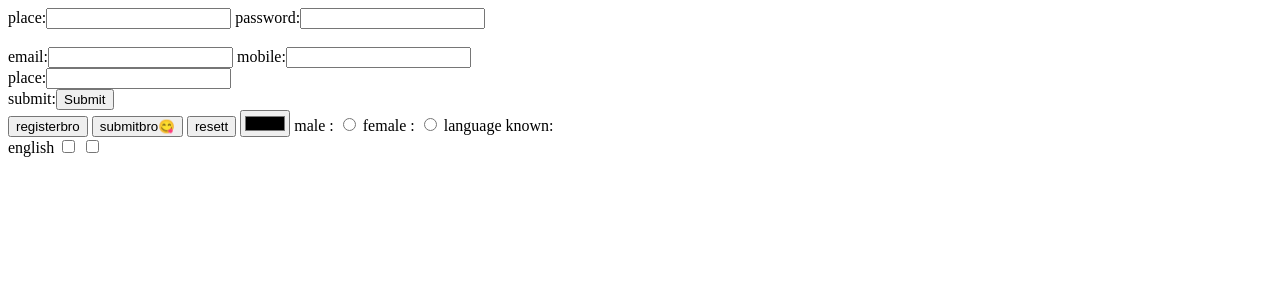
Repository: viveknaidu007/repo-113-HTML
Page: 9.html
An editor plug-in stored every save of this project. The page is shown before and after the next save, followed by the edit.
The browser window is 1280 px wide. The pictures show the whole page.

Above is the page before, as saved 2024-06-14 22:52:52.

### 9.html
<!DOCTYPE html>
<html>
    <head>
        <title> forms demo</title>
    </head>

    <body>
        <form action="response.html">
            place:<input type="text">
            password:<input type="password"> <br> <br>
            email:<input type="email">
            mobile:<input type="tel"> <br>
            place:<input type="number"> <br>
            submit:<input type="submit"> <br>
            <input type="submit" value="registerbro">
            <input type="submit" value="submitbro😋">
            <input type="reset" value="resett">
            <input type="color">
            <input type="hidden">
            male : <input type="radio" name="gender">
            female : <input type="radio" name="gender">
            language known: <br>
            english <input type="checkbox">
            <input type="checkbox">
        </form>
    </body>
</html>

After the next save:
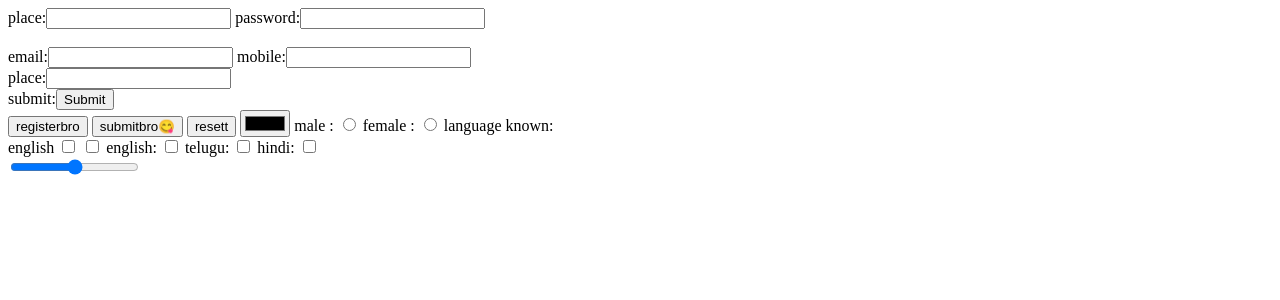
Saved 2 min 0 s later.
--- a/9.html
+++ b/9.html
@@ -22,6 +22,11 @@
             language known: <br>
             english <input type="checkbox">
             <input type="checkbox">
+            english: <input type="checkbox">
+            telugu: <input type="checkbox">
+            hindi: <input type="checkbox"> <br>
+
+            <input type="range">
         </form>
     </body>
 </html>
